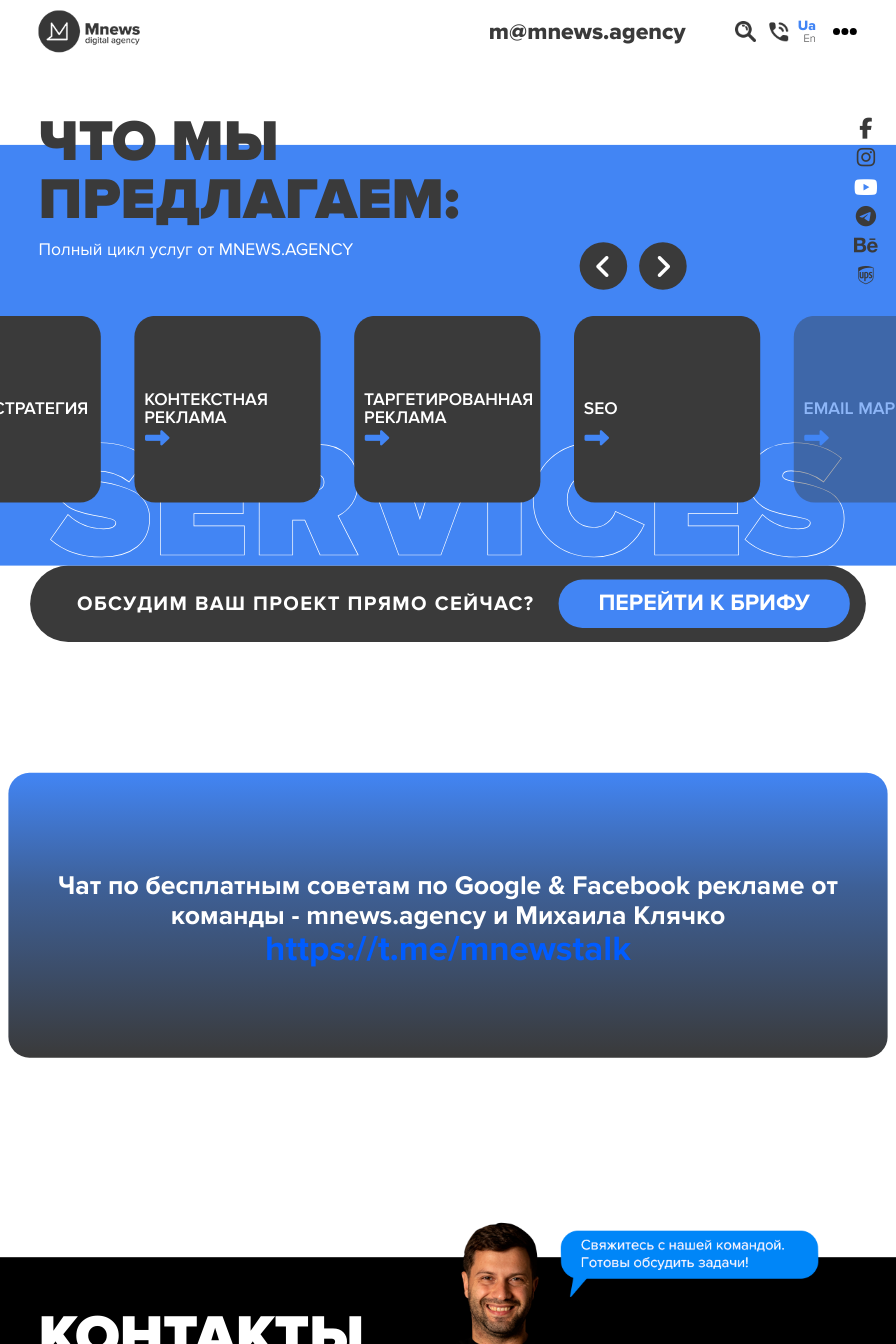
Repository: fanbear/Mnews
Page: services.html
An editor plug-in stored every save of this project. The page is shown before and after the next save, followed by the edit.
The browser window is 1280 px wide. The pictures show the part of the page from y = 0 to 1920 px (the page is 3161 px tall), at 70% of full size.
Some web libraries are served in a nearby version.

Above is the page before, as saved 2022-08-09 16:39:25.

After the next save:
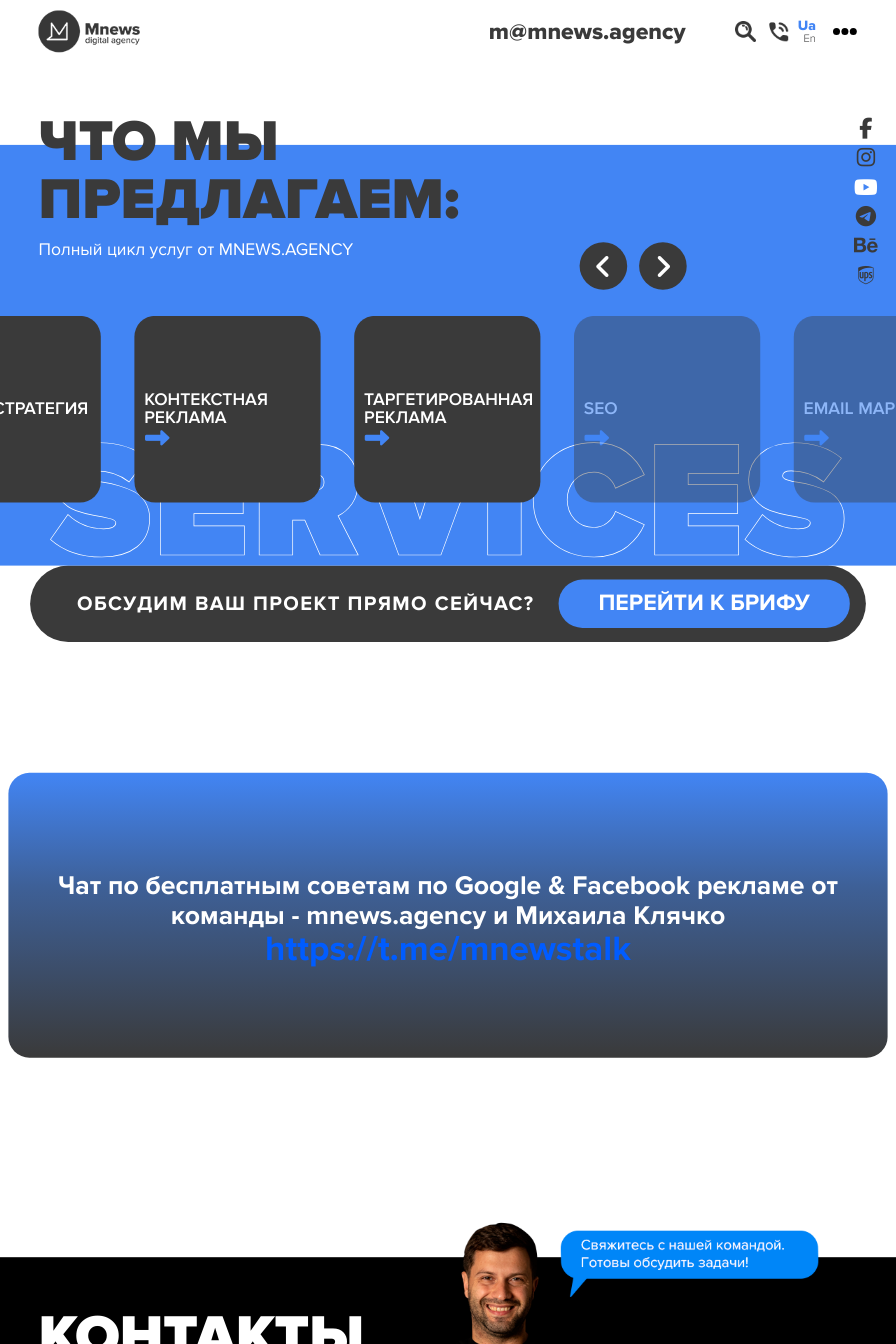
Saved 20 s later.
--- a/js/main.js
+++ b/js/main.js
@@ -79,7 +79,7 @@
 
         function overflowite(list) {
             list.forEach((item, i) => {
-                if (i > 3) {
+                if (i > 2) {
                     item.classList.add("slick-opacity");
                 } else {
                     item.classList.remove("slick-opacity");
